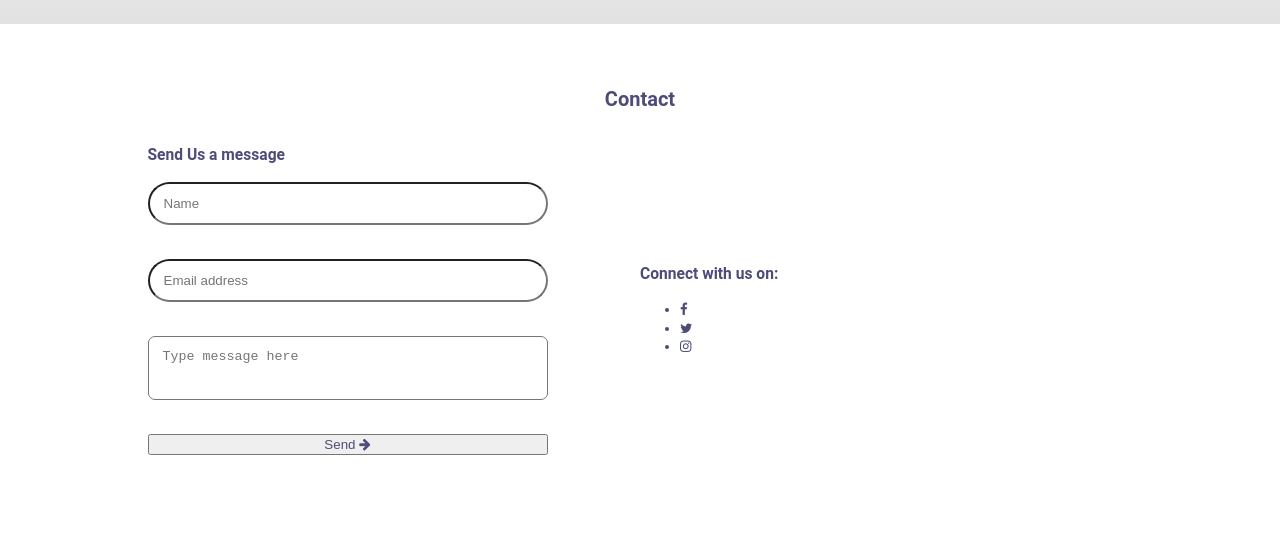
Repository: wisdomspine/emmatech-website
Page: index.html
The author's editor kept a copy of each file at every save. The page is drawn from the files as they stood at one save, then again after the next save.
The browser window is 1280 px wide. The pictures show the part of the page from y = 1532 to 2089 px (the page is 2065 px tall before and 2089 px after).
A picture or video elsewhere on the page could not be fetched, so the positions and the page height are approximate.

Above is the page before, as saved 2020-11-02 12:25:06.

After the next save:
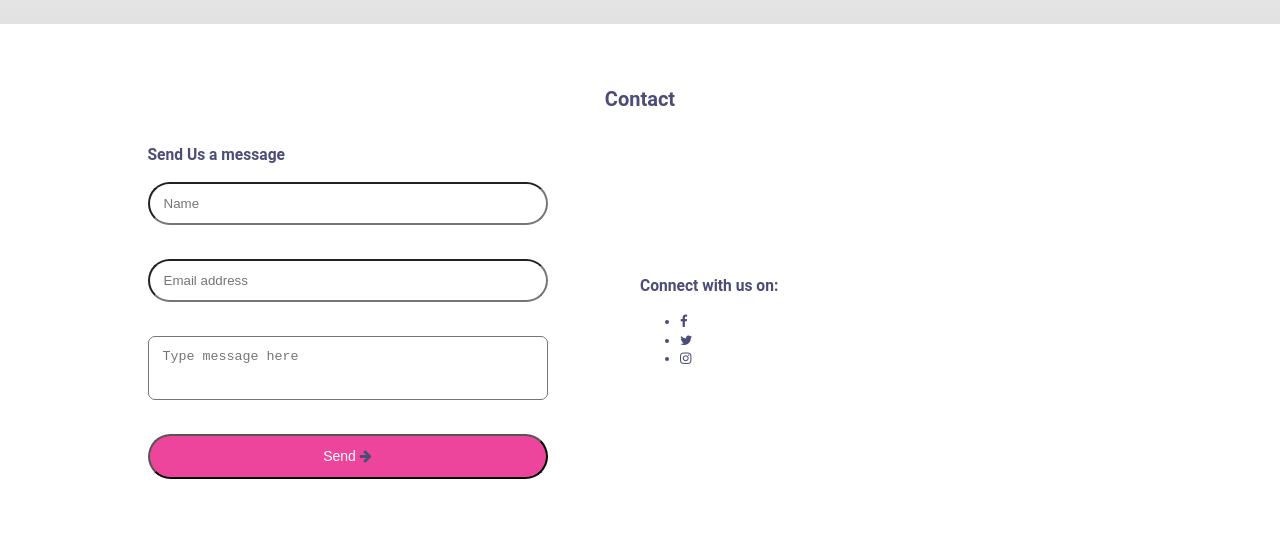
Saved 42 s later.
--- a/index.html
+++ b/index.html
@@ -188,7 +188,8 @@
                                 <textarea required placeholder="Type message here"></textarea>
                             </div>
                             <div>
-                                <button type="submit">Send <span class="fa fa-arrow-right"></span></button>
+                                <button type="submit" class="button filled accent"> Send <span
+                                        class="fa fa-arrow-right"></span></button>
                             </div>
                         </form>
                     </div>
